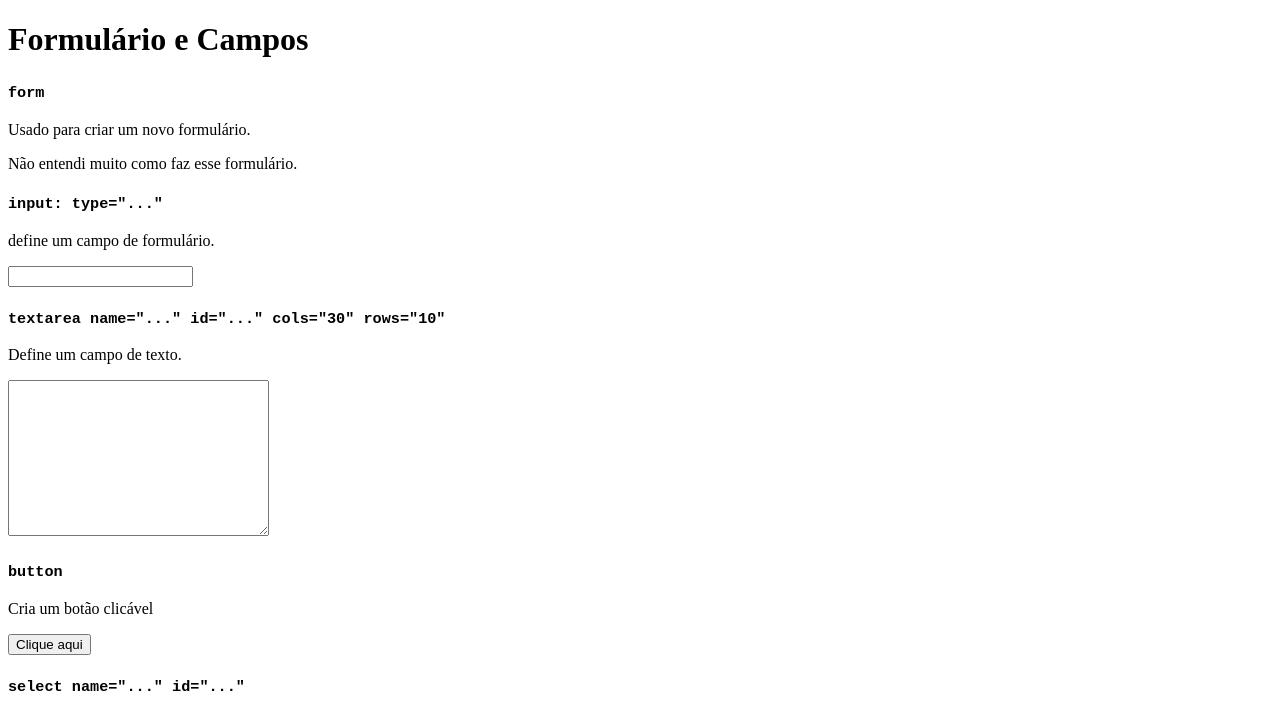
Repository: ErikMesquita/Danki-Code
Page: formulários_e_campos/index.html
The author's editor kept a copy of each file at every save. The page is drawn from the files as they stood at one save, then again after a run of saves.
The browser window is 1280 px wide. The pictures show the whole page.

Above is the page before, as saved 2023-10-28 16:15:00.

### formulários_e_campos/index.html
<!DOCTYPE html>
<html lang="pt-br">

<head>
    <meta charset="UTF-8">
    <meta name="viewport" content="width=device-width, initial-scale=1.0">
    <title>Formulários e Campos</title>
</head>

<body>
    <h1>
        Formulário e Campos
    </h1>

    <!--
    <form action=""></form> (Usado para criar um novo formulário.)

    <input type="text"> (define um campo de formulário.)

    <textarea name="" id="" cols="30" rows="10"></textarea> (define um campo de texto.)

    <button></button> (Cria um botão clicável.)

    <select name="" id=""></select> (cria um lista de itens selecionáveis.)

    <optgroup></optgroup> (cria uma lista de itens relacionados.)

    <option value=""></option> (Define uma opção de uma lista de itens selecionaveis.)

    <fieldset></fieldset> (agrupa um ou mais elementos de um formulário.)

    <legend></legend> (Define uma legenda para um elemento de fieldset.)

    <datalist></datalist> (Define uma lista predefinida de opções.)
    <output></output> (Apresenta o resultado de um cálculo.)

    -->

    <h3><code>form</code></h3>
    <p>
        Usado para criar um novo formulário.
    </p>
    <form action="method"> Não entendi muito como faz esse formulário.</form>

    <h3><code>input: type="..."</code></h3>
    <p>
        define um campo de formulário.
    </p>
    <input type="text">

    <h3><code>textarea name="..." id="..." cols="30" rows="10"</code></h3>
    <p>
        Define um campo de texto.
    </p>
    <textarea name="Insira um texto" id="" cols="30" rows="10"></textarea>

    <h3><code>button</code></h3>
    <p>
        Cria um botão clicável
    </p>
    <button>Clique aqui</button>

    <h3><code>select name="..." id="..."</code></h3>
    <p>

    </p>
</body>

</html>

After the next 5 saves:
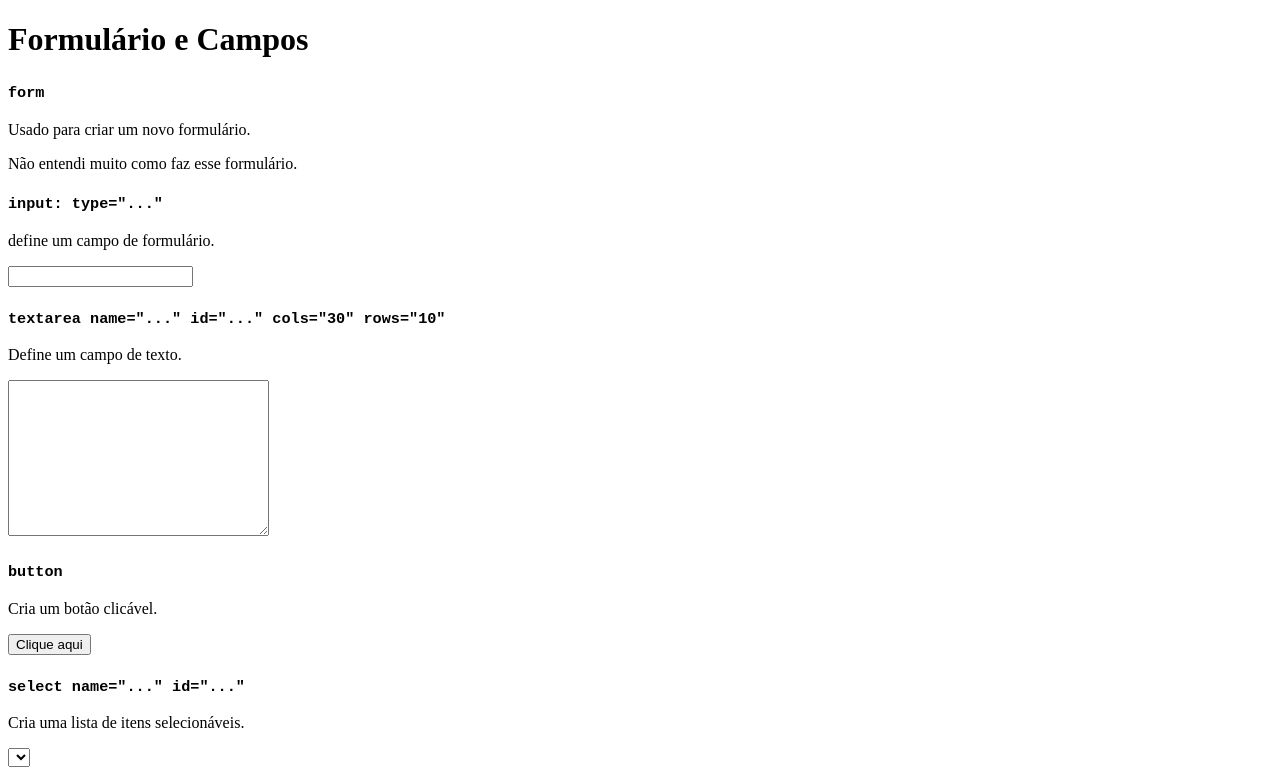
The 5 saves are shown as one change because they came seconds apart.
The last was saved 19 s later.
--- a/formulários_e_campos/index.html
+++ b/formulários_e_campos/index.html
@@ -56,14 +56,15 @@
 
     <h3><code>button</code></h3>
     <p>
-        Cria um botão clicável
+        Cria um botão clicável.
     </p>
     <button>Clique aqui</button>
 
     <h3><code>select name="..." id="..."</code></h3>
     <p>
-
+        Cria uma lista de itens selecionáveis.
     </p>
+    <select name="" id=""></select>
 </body>
 
 </html>
